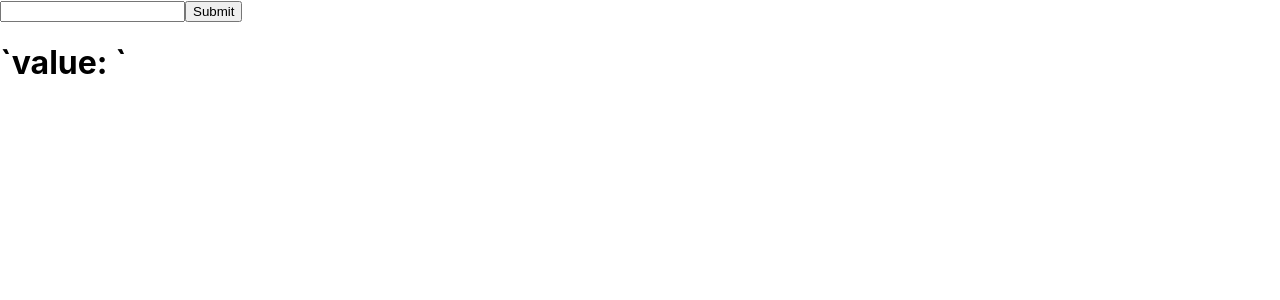
Repository: mariocapitbrok/robot-position
Page: /
The author's editor kept a copy of each file at every save. The page is drawn from the files as they stood at one save, then again after the next save.
The browser window is 1280 px wide. The pictures show the whole page.
The project was rebuilt for these pictures with package versions that can differ from the ones it lists, and the page was loaded fresh each time. Also part of the build but not shown: src/App.css.

Above is the page before, as saved 2021-12-01 17:29:36.

After the next save:
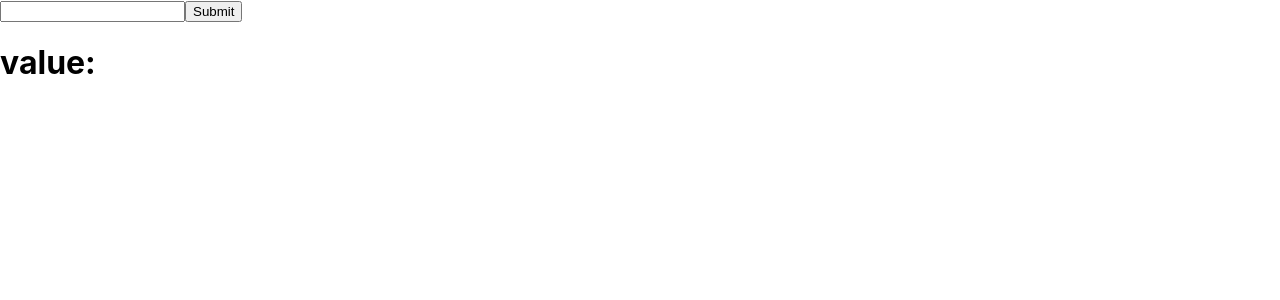
Saved 10 s later.
--- a/src/components/robot.jsx
+++ b/src/components/robot.jsx
@@ -43,7 +43,7 @@ const Robot = () => {
         <input onChange={handleChange} name="value" type="text" value={value} />
         <button onClick={handleClick}>Submit</button>
       </form>
-      <h1>`value: {value}`</h1>
+      <h1>value: {value}</h1>
     </React.Fragment>
   );
 };
